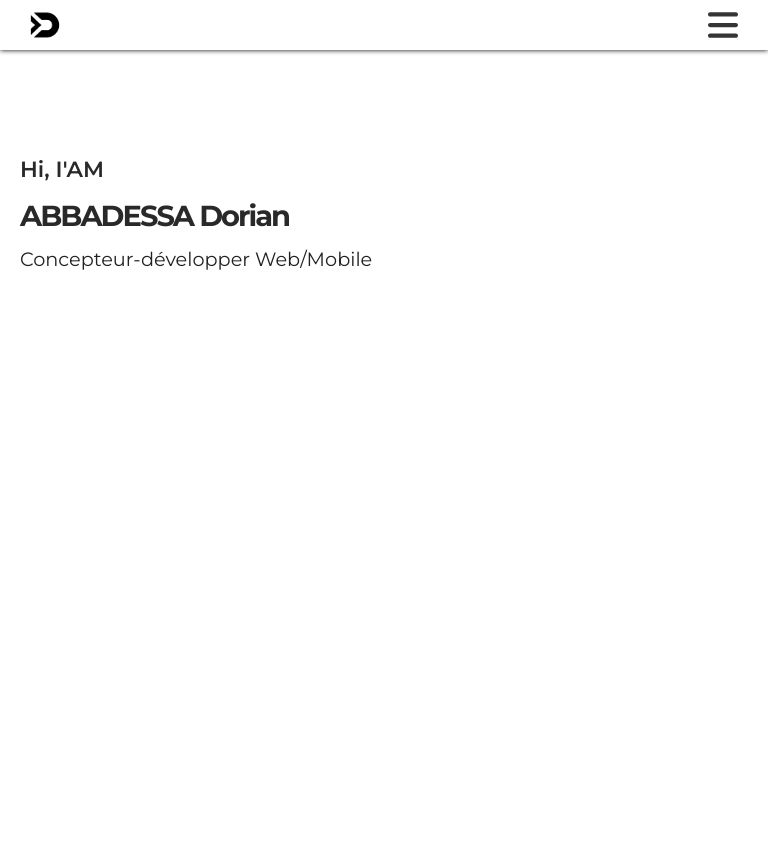
Repository: DorianABDS/Portfolio-ABBADESSA-Dorian
Page: index.html
These files come from the project's save history. The page is drawn as it stood at one moment and after the next save; the edit follows.
The browser window is 768 px wide. The pictures show the whole page.

Above is the page before, as saved 2024-11-26 20:30:38.

### index.html
<!DOCTYPE html>
<html lang="fr">
<head>
    <meta charset="UTF-8">
    <meta name="viewport" content="width=device-width, initial-scale=1.0">
    <meta charset="UTF-8">
    <meta name="viewport" content="width=device-width, initial-scale=1.0">
    <meta name="keywords" content="Portfolio, ABBADESSA Dorian, Web developper">
    <title>ABBADESSA Dorian - Portfolio</title>
    <link rel="shortcute icon" href="/src/img/Logo Div.png">
    <link rel="stylesheet" href="style.css">
</head>
<body>
    <header class="header">
        <nav class="navbar">
            <a href="index.html" class="logo"><img src="/src/img/Logo plat Div noir.png" alt=""></a>
            <div class="nav-links">
                <ul>
                    <li><a href="index.html">Accueil</a></li>
                    <li><a href="articles.html">Articles</a></li>
                    <li><a href="apropos.html">À propos</a></li>
                    <li><a href="contact.html">Contact</a></li>
                </ul>
            </div>
            <img src="/src/img/bars-solid.svg" alt="menu hamburger" class="menu-hamburger">
        </nav>
        <!-- <div class="social">
            <a href="#" title="Facebook"><img src="/src/img/icone Github.png" alt=""></a>
            <a href="#" title="Twitter"><img src="src/img/icone Linkedin.png" alt=""></a>
        </div> -->
    </header>
    <main>
        <section class="accueil">
            <div class="contrainer-accueil">
                <h2>Hi, I'AM</h2>
                <h1><span>ABBADESSA Dorian</span></h1>
                <p>Concepteur-développer Web/Mobile</p>
            </div>
        </section>
    </main>
</body>
<script>
    const menuHamburger = document.querySelector(".menu-hamburger")
    const navLinks = document.querySelector(".nav-links")
    const social = document.querySelector(".social")

    menuHamburger.addEventListener('click',()=>{
    navLinks.classList.toggle('mobile-menu')
    })
</script>
</html>

### style.css
@font-face {
    font-family: "Montserrat";
    src: url(/src/font/Montserrat-VariableFont_wght.ttf);
}

* {
    margin: 0;
    padding: 0;
    text-decoration: none;
    list-style: none;
    box-sizing: border-box;

}

html, body {
    font-size: 19.3px;
    color: rgba(0, 0, 0, .87);
    background-color: #fff;
    font-family: "Montserrat", sans-serif;
    line-height: 1.8;
    font-weight: 400;
}

.navbar {
    background: rgb(255, 255, 255);
    backdrop-filter: blur(10px);
    box-shadow: 0 0 5px rgb(0, 0, 0);;
    top: 0;
    left: 0;
    height: 50px;
    width: auto;
    position: fixed;
    padding-left: 30px;
    padding-right: 61px;
    width: 100%;
    display: flex;
    justify-content: space-between;
    align-items: center;
    z-index: 1;
}

.navbar a {
    color: #292929;
    font-weight: 700;
    display: inline;
}

.navbar .nav-links ul li a::after {
    content: "";
    display: block;
    height: 2px;
    background: rgb(255, 255, 255);
    transform: scale(0);
    transition: transform 0.2s ease-in-out;
}

.navbar .nav-links ul li a:hover::after {
    transform: scale(1);
}

.navbar .logo {
    transform: none;
    font-weight: 700;
}

.navbar .nav-links ul {
    display: flex;
    align-items: center;
}

.navbar .nav-links ul li {
    display: flex;
    margin: 0 25px;
}

.navbar .nav-links ul li img {
    display: flex;
    padding: -20px;
    margin-left: -23px;
}

.navbar .menu-hamburger {
    display: none;
    position: absolute;
    top: 8px;
    right: 30px;
    width: 30px;
}

.social a {
    border: solid;
}

.accueil {
    padding-top: 100px;
    margin-top: 50px;
    width: 100%;
    height: 100vh;
}

.contrainer-accueil {
    padding-left: 20px;
}

@media  screen and (max-width: 814px) {
    .navbar .menu-hamburger {
        display: block;
    }

    .nav-links.mobile-menu {
        margin-left: 0;
    }

    .navbar {
        padding: 0;
    }

    .navbar .logo {
        padding-left: 20px;
    }

    .navbar .logo img {
        display: flex;
        align-items: center;
        width: 50px;
    }

    .nav-links {
        position: absolute;
        background-color: rgba(255, 255, 255, 0.12);
        backdrop-filter: blur(8px);
        top: 0;
        left: 0;
        width: 100%;
        height: 100vh;
        display: flex;
        justify-content: center;
        align-items: center;
        margin-left: 100%;
        transition: all 0.5s ease;
    }

    .nav-links ul {
        display: flex;
        flex-direction: column;
        align-items: center;
    }

    .navbar .nav-links ul li {
        margin: 15px 0;
        font-size: 1.2em;
    }

    .accueil h2 {
        font-size: 22px;
        font-weight: 600;
        color: #292929;
    }

    .accueil h1 {
        color: #292929;
        letter-spacing: -2px;
        font-weight: 700;
        color: linear-gradient(90deg, rgba(253,29,29,1) 0%, rgba(252,176,69,1) 100%);
    }
}

### src/img/bars-solid.svg
<svg xmlns="http://www.w3.org/2000/svg" viewBox="0 0 448 512" fill="#353535"><!--!Font Awesome Free 6.7.0 by @fontawesome - https://fontawesome.com License - https://fontawesome.com/license/free Copyright 2024 Fonticons, Inc.--><path d="M0 96C0 78.3 14.3 64 32 64l384 0c17.7 0 32 14.3 32 32s-14.3 32-32 32L32 128C14.3 128 0 113.7 0 96zM0 256c0-17.7 14.3-32 32-32l384 0c17.7 0 32 14.3 32 32s-14.3 32-32 32L32 288c-17.7 0-32-14.3-32-32zM448 416c0 17.7-14.3 32-32 32L32 448c-17.7 0-32-14.3-32-32s14.3-32 32-32l384 0c17.7 0 32 14.3 32 32z"/></svg>

After the next save:
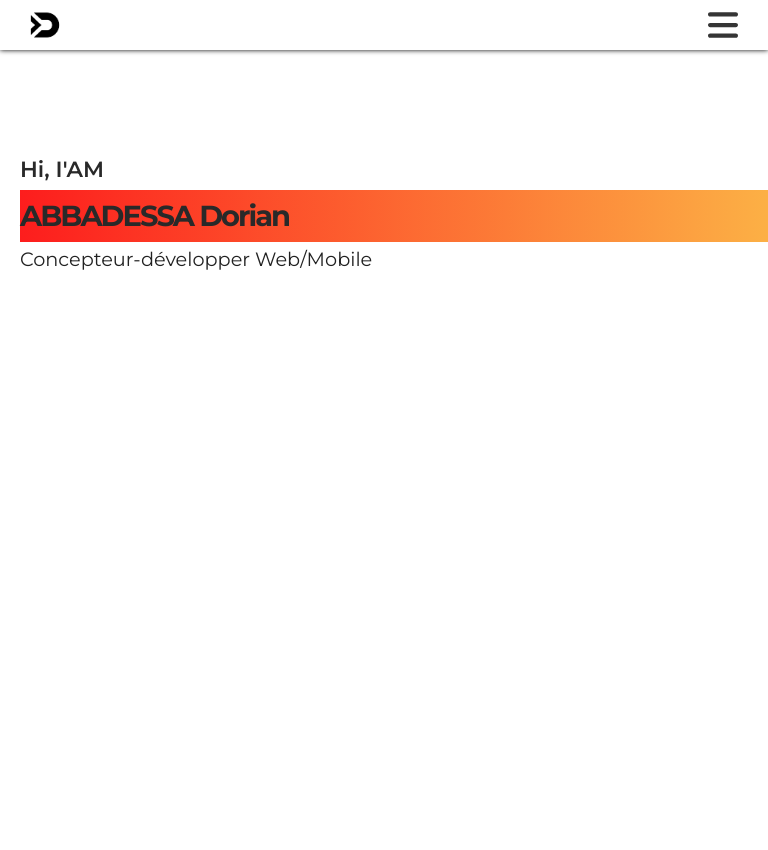
Saved 10 s later.
--- a/style.css
+++ b/style.css
@@ -161,6 +161,6 @@ html, body {
         color: #292929;
         letter-spacing: -2px;
         font-weight: 700;
-        color: linear-gradient(90deg, rgba(253,29,29,1) 0%, rgba(252,176,69,1) 100%);
+        background: linear-gradient(90deg, rgba(253,29,29,1) 0%, rgba(252,176,69,1) 100%);
     }
 }

After the save that followed:
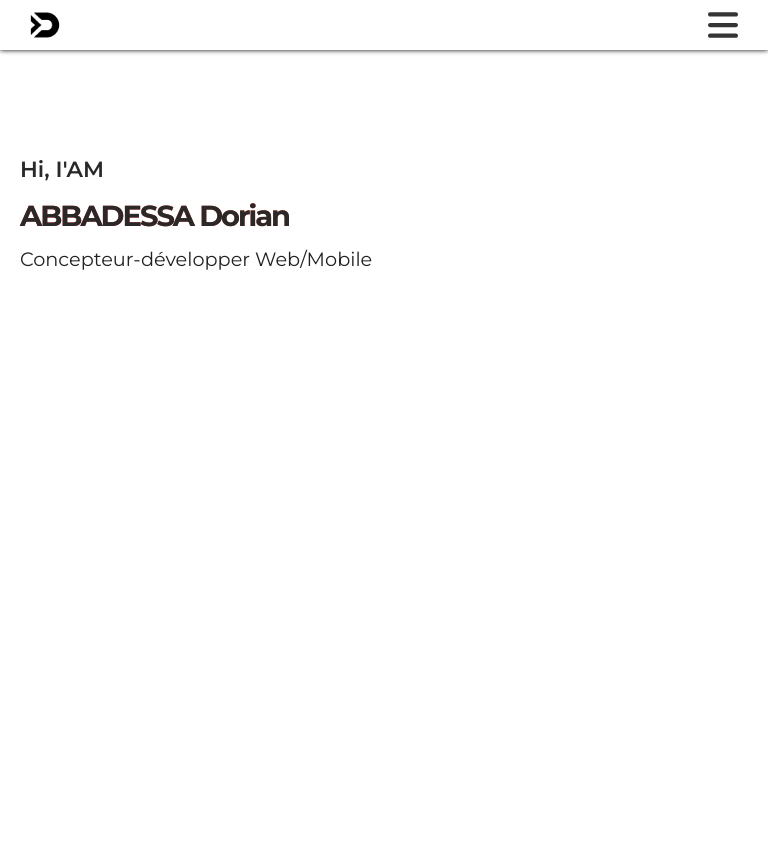
Saved 25 s later.
--- a/style.css
+++ b/style.css
@@ -162,5 +162,6 @@ html, body {
         letter-spacing: -2px;
         font-weight: 700;
         background: linear-gradient(90deg, rgba(253,29,29,1) 0%, rgba(252,176,69,1) 100%);
+        background-clip: text;
     }
 }
